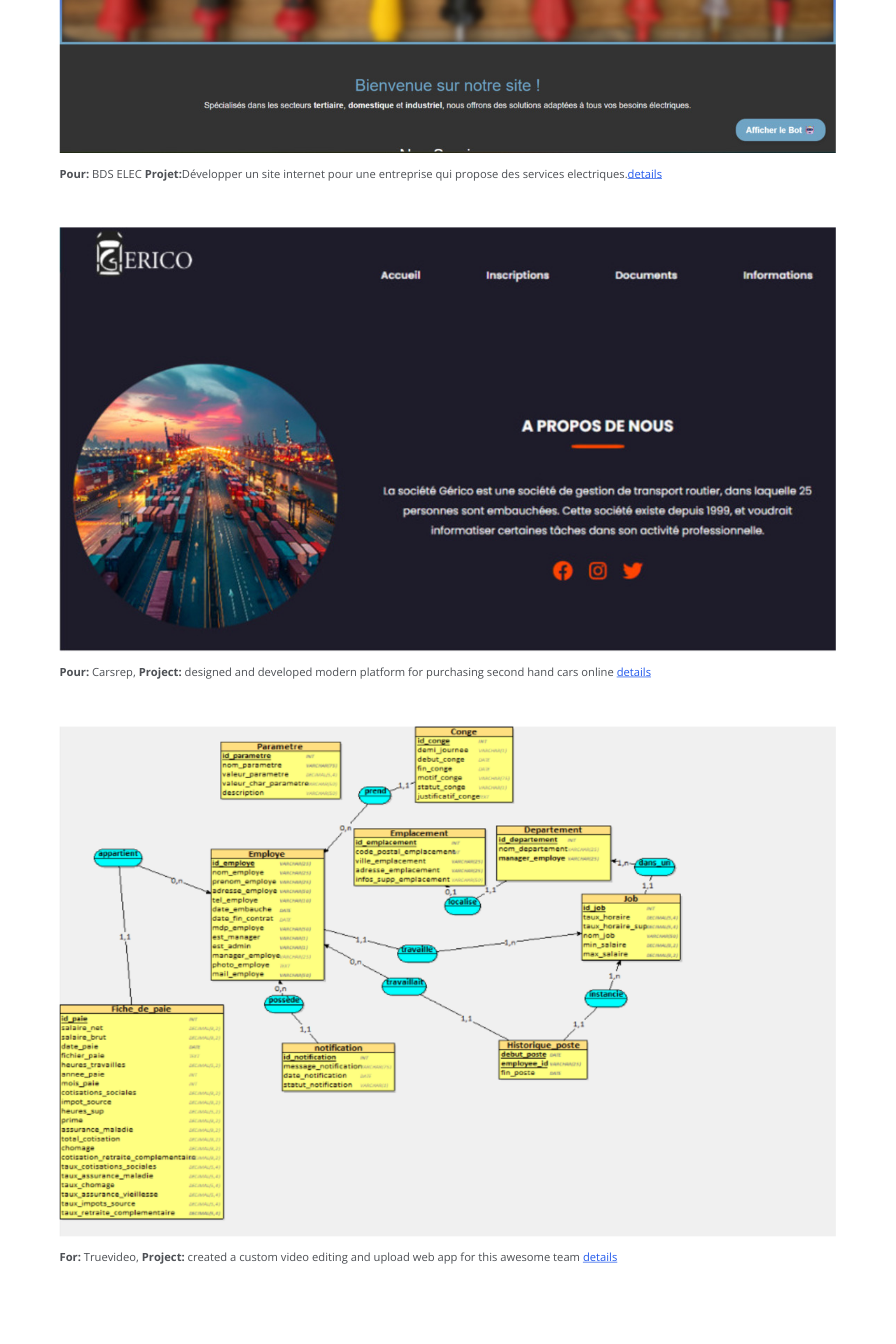
Repository: J2S80000/Portfolio
Page: index.html
These files come from the project's save history. The page is drawn as it stood at one moment and after the next save; the edit follows.
The browser window is 1280 px wide. The pictures show the part of the page from y = 3722 to 5642 px (the page is 7451 px tall), at 70% of full size.

Above is the page before, as saved 2025-05-05 17:36:44.

After the next save:
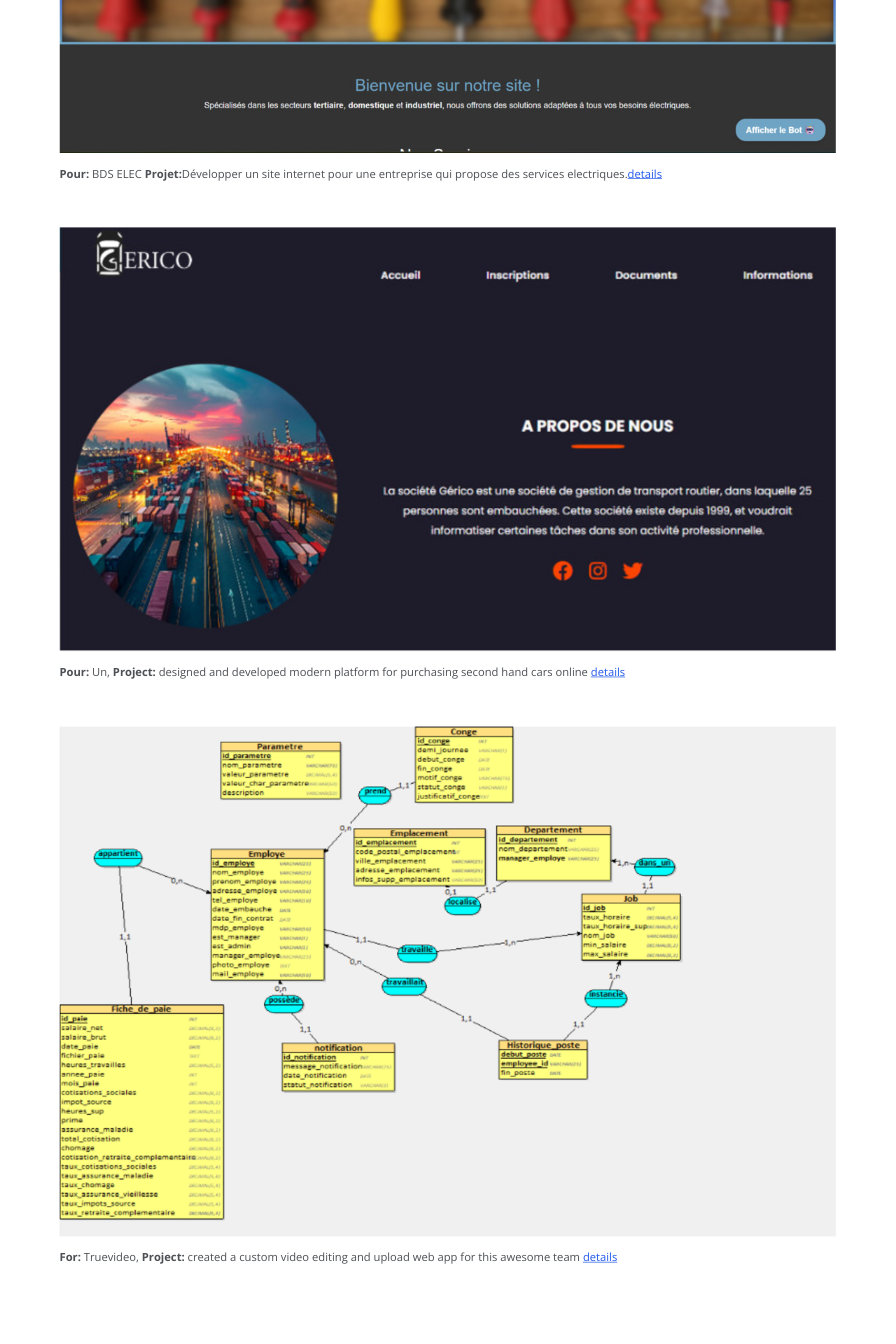
Saved 4 s later.
--- a/index.html
+++ b/index.html
@@ -244,7 +244,7 @@
                                 <img class="img-fluid" src="images/project-2.1.jpg" alt="alternative">
                             </a>
                         </div> <!-- end of image-container -->
-                        <p><strong>Pour:</strong> Carsrep, <strong>Project:</strong> designed and developed modern platform for purchasing second hand cars online <a class="blue" href="project.html">details</a></p>
+                        <p><strong>Pour:</strong> Un, <strong>Project:</strong> designed and developed modern platform for purchasing second hand cars online <a class="blue" href="project.html">details</a></p>
                     </div> <!-- end of text-container -->
                     <div class="text-container">
                         <div class="image-container">
